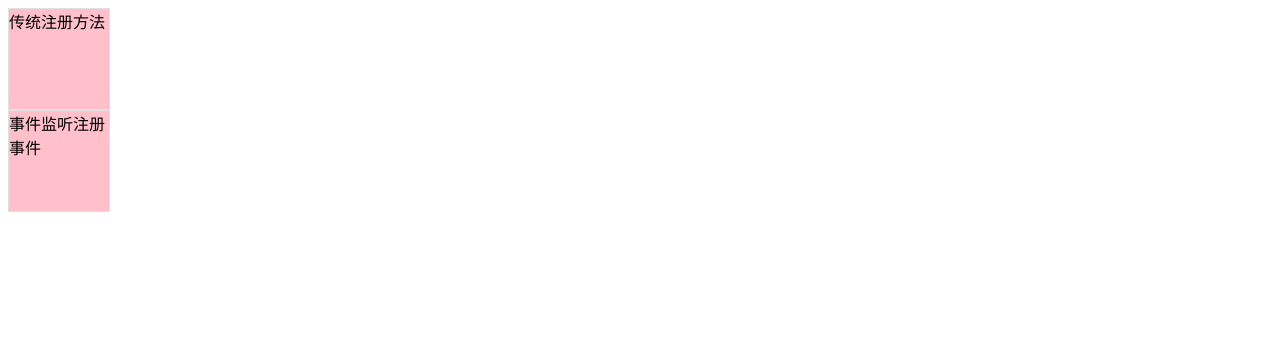
Repository: Sky0258/study
Page: js/注册移除事件.html
An editor plug-in stored every save of this project. The page is shown before and after the next save, followed by the edit.
The browser window is 1280 px wide. The pictures show the whole page.

Above is the page before, as saved 2022-09-11 21:31:46.

After the next save:
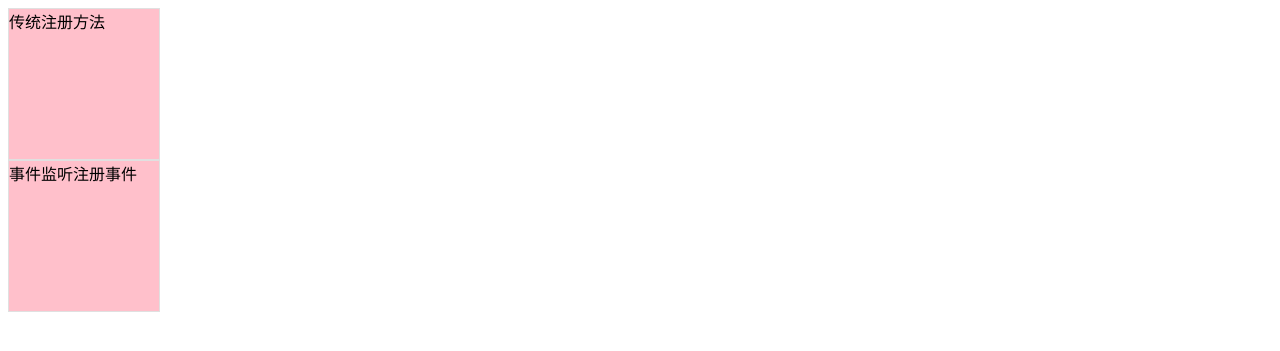
Saved 10 s later.
--- a/js/注册移除事件.html
+++ b/js/注册移除事件.html
@@ -8,8 +8,8 @@
 </head>
 <style>
     div {
-        width: 100px;
-        height: 100px;
+        width: 150px;
+        height: 150px;
         background-color: pink;
         border: 1px solid #e0e0e0;
     }
